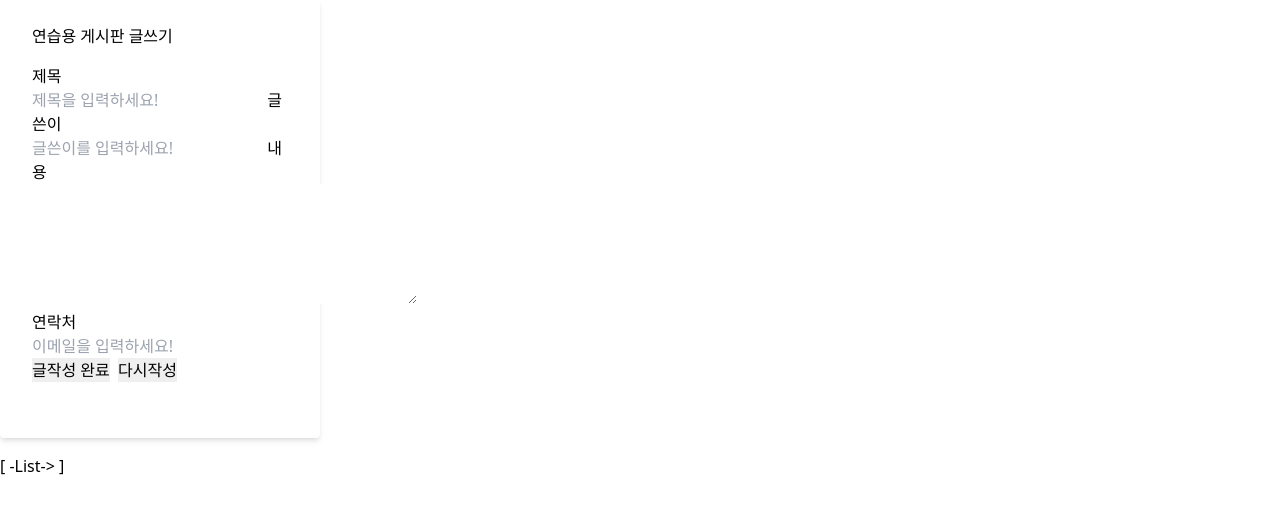
Repository: k0603156/JAVA
Page: http://localhost/StartBoard/test.do?myName=Kimyongkuk
An editor plug-in stored every save of this project. The page is shown before and after the next save, followed by the edit.
The browser window is 1280 px wide. The pictures show the whole page.
The page is served by Tomcat 9. Other server files are loaded and not shown.

Above is the page before, as saved 2020-03-12 08:00:58.

### SERVLET/workspace/StartBoard/WebContent/index.jsp
<%@ page language="java" contentType="text/html; charset=UTF-8"
	pageEncoding="UTF-8"%>
<!DOCTYPE html>
<html>
<head>
<meta charset="UTF-8">
<title>Insert title here</title>
</head>
<link href="https://unpkg.com/tailwindcss@^1.0/dist/tailwind.min.css" rel="stylesheet">
<body>
	<!-- <h1>Index.jsp</h1>
	<h1><a href="http://www.naver.com">Naver.com</a></h1>
	<h1><a href="./test.do?myName=Kimyongkuk">이름을 알려주세요~!~!</a></h1> -->
<div class="w-full max-w-xs">
	<form action="./writeSave.do" method="post" class="bg-white shadow-md rounded px-8 pt-6 pb-8 mb-4">
	 <div class="mb-4">
		<td colspan="2" style="text-align: center;">연습용 게시판 글쓰기</td>
	 </div>
	<div class="mb-6">
			<td>제목</td>
			<td><input type="text" placeholder="제목을 입력하세요!" name="title" required ></td>
		<tr>
			<td>글쓴이</td>
			<td><input type="text" placeholder="글쓴이를 입력하세요!" name="author" required></td>
		</tr>
		<tr>
			<td>내용</td>
			<td><textarea cols="40" rows="5" name="content"></textarea></td>
		</tr>
		<tr>
			<td>연락처</td>
			<td><input type="email" placeholder="이메일을 입력하세요!" name="email"></td>
		</tr>
		<tr>
		<td colspan="2" style="text-align: center;">
			<input type="submit" value="글작성 완료">&nbsp;
			<input type="reset" value="다시작성">
		</td>
	</div>
	</div>
	</form>
	<a href="./list.do">[ -List-> ]</a>
	</div>
</body>
</html>

### SERVLET/workspace/StartBoard/src/ctrl/FrontController.java
package ctrl;

import java.io.IOException;
import java.sql.SQLException;

import javax.servlet.RequestDispatcher;
import javax.servlet.ServletException;
import javax.servlet.http.HttpServlet;
import javax.servlet.http.HttpServletRequest;
import javax.servlet.http.HttpServletResponse;

import org.slf4j.Logger;
import org.slf4j.LoggerFactory;

import service.*;

public class FrontController extends HttpServlet{

	private static final long serialVersionUID = 1L;
	private static Logger log = LoggerFactory.getLogger(FrontController.class);
	public FrontController() {}

	@Override
	protected void service(HttpServletRequest req, HttpServletResponse resp) throws ServletException, IOException {
		String uri = req.getRequestURI();
		log.info("uri : " + uri);

		String contextPath = req.getContextPath();
		log.info("context : " + contextPath);

		String path = uri.substring(contextPath.length());
		log.info("path : " + path);

		String targetPage = "";
		Action action = null;

		if (path.equals("/writeSave.do")) {
			action = new InsertAction();
			try {
				action.execute(req, resp);
			} catch (SQLException e) {
				e.printStackTrace();
			}

			targetPage = "list.do";

		}else if(path.equals("/list.do")) {
			action = new ListAction();
			try {
				action.execute(req, resp);
			} catch (SQLException e) {
				e.printStackTrace();
			}

			targetPage = "/list.jsp";

		}else if (path.equals("/detail.do")) {
			action = new DetailAction();
			try {
				action.execute(req, resp);
			} catch (SQLException e) {
				e.printStackTrace();
			}

			targetPage = "/detail.jsp";

		}else if(path.equals("/modify.do")) {
			action = new DetailAction();
			try {
				action.execute(req, resp);
			} catch (SQLException e) {
				e.printStackTrace();
			}

			targetPage = "/modify.jsp";

		}else if(path.equals("/modifySave.do")) {
			action = new ModifyAction();
			try {
				action.execute(req, resp);
			} catch (SQLException e) {
				e.printStackTrace();
			}

			targetPage = "detail.do";

		}else if(path.equals("/delete.do")) {
			action = new DeleteAction();
			try {
				action.execute(req, resp);
			} catch (SQLException e) {
				e.printStackTrace();
			}

			targetPage = "list.do";

		}

		RequestDispatcher requestDispatcher = req.getRequestDispatcher(targetPage);
		requestDispatcher.forward(req, resp);
	}

	@Override
	protected void doGet(HttpServletRequest req, HttpServletResponse resp) throws ServletException, IOException {
		service(req, resp);
	}

	@Override
	protected void doPost(HttpServletRequest req, HttpServletResponse resp) throws ServletException, IOException {
		service(req, resp);
	}



}

After the next save:
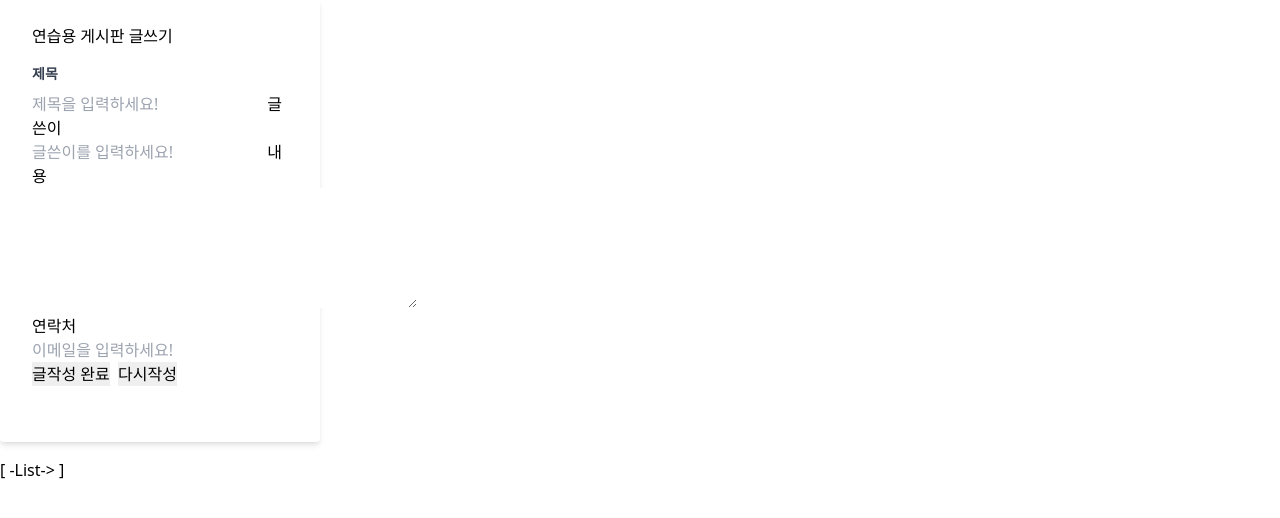
Saved 33 s later.
--- a/SERVLET/workspace/StartBoard/WebContent/index.jsp
+++ b/SERVLET/workspace/StartBoard/WebContent/index.jsp
@@ -17,8 +17,8 @@
 		<td colspan="2" style="text-align: center;">연습용 게시판 글쓰기</td>
 	 </div>
 	<div class="mb-6">
-			<td>제목</td>
-			<td><input type="text" placeholder="제목을 입력하세요!" name="title" required ></td>
+		<label class="block text-gray-700 text-sm font-bold mb-2" for="title">제목</label>
+			<input type="text" placeholder="제목을 입력하세요!" name="title" required >
 		<tr>
 			<td>글쓴이</td>
 			<td><input type="text" placeholder="글쓴이를 입력하세요!" name="author" required></td>
